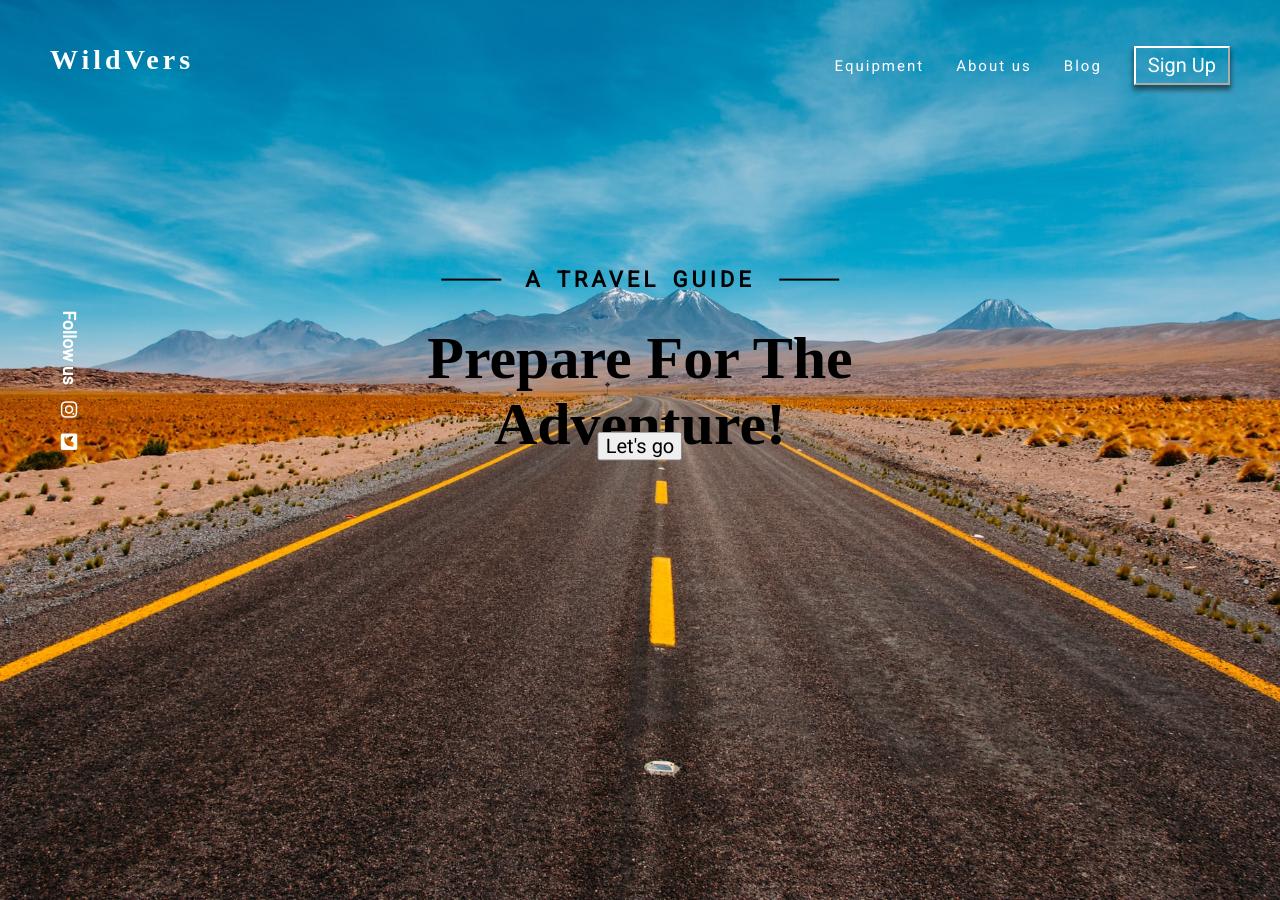
Repository: Hunga9k50doker/wildver-travel
Page: src/index.html
An editor plug-in stored every save of this project. The page is shown before and after a run of saves, followed by the edit.
The browser window is 1280 px wide. The pictures show the whole page.
Some web fonts or font styles are not loaded; a fallback is used. The style sheet was rebuilt from its Sass, Less or Tailwind sources for each picture, by a compiler version that may differ from the author's.

Above is the page before, as saved 2021-08-26 00:31:33.

After the next 2 saves:
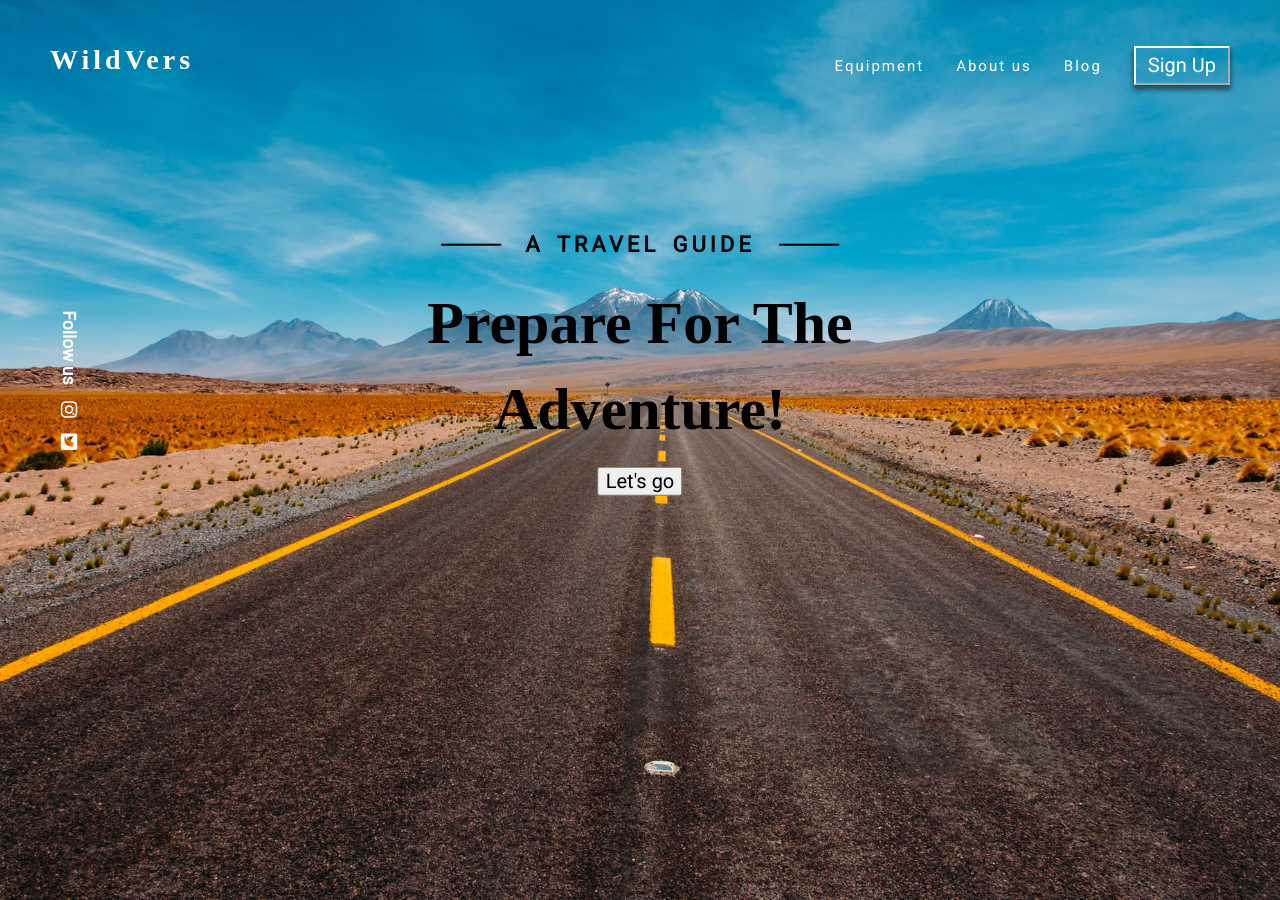
The 2 saves are shown as one change because they came seconds apart.
The last was saved 11 s later.
--- a/src/resources/scss/header.scss
+++ b/src/resources/scss/header.scss
@@ -143,7 +143,7 @@
                     margin-top: 4rem;
                 }
                 &:nth-child(3){
-                    margin:0;
+                    margin-top:2rem;
                 }
             }
         }
